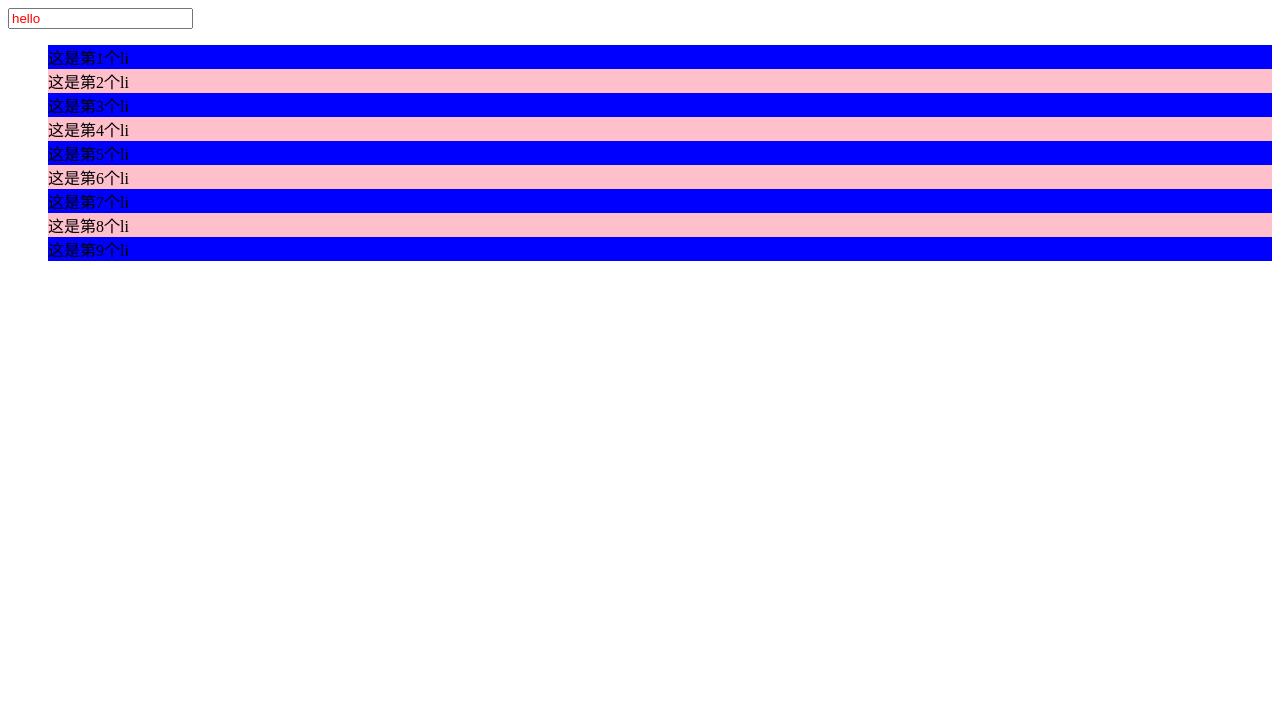
Repository: chenguocan/Webpack_demo_01
Page: /
The author's editor kept a copy of each file at every save. The page is drawn from the files as they stood at one save, then again after a run of saves.
The browser window is 1280 px wide. The pictures show the whole page.
The project was rebuilt for these pictures with package versions that can differ from the ones it lists, and the page was loaded fresh each time. Also part of the build but not shown: webpack.config.js.

Above is the page before, as saved 2020-08-01 09:45:04.

### src/index.html
<!DOCTYPE html>
<html lang="en">
  <head>
    <meta charset="UTF-8" />
    <meta name="viewport" content="width=device-width, initial-scale=1.0" />
    <title>Document</title>
  </head>
  <script src="/bundle.js"></script>
  <body>
    <input type="text" placeholder="hello" />
    <ul>
      <li>这是第1个li</li>
      <li>这是第2个li</li>
      <li>这是第3个li</li>
      <li>这是第4个li</li>
      <li>这是第5个li</li>
      <li>这是第6个li</li>
      <li>这是第7个li</li>
      <li>这是第8个li</li>
      <li>这是第9个li</li>
    </ul>
    <div id="box"></div>
  </body>
</html>

### src/index.js
import $ from "jquery";
import "./css/index.css";
$(function () {
  $("li:odd").css("backgroundColor", "pink");
  $("li:even").css("backgroundColor", "blue");
});

### src/css/index.css
li {
  list-style: none;
}
::placeholder {
  color: red;
}

#box {
  height: 400px;
  width: 400px;
  background: url();
}

After the next 3 saves:
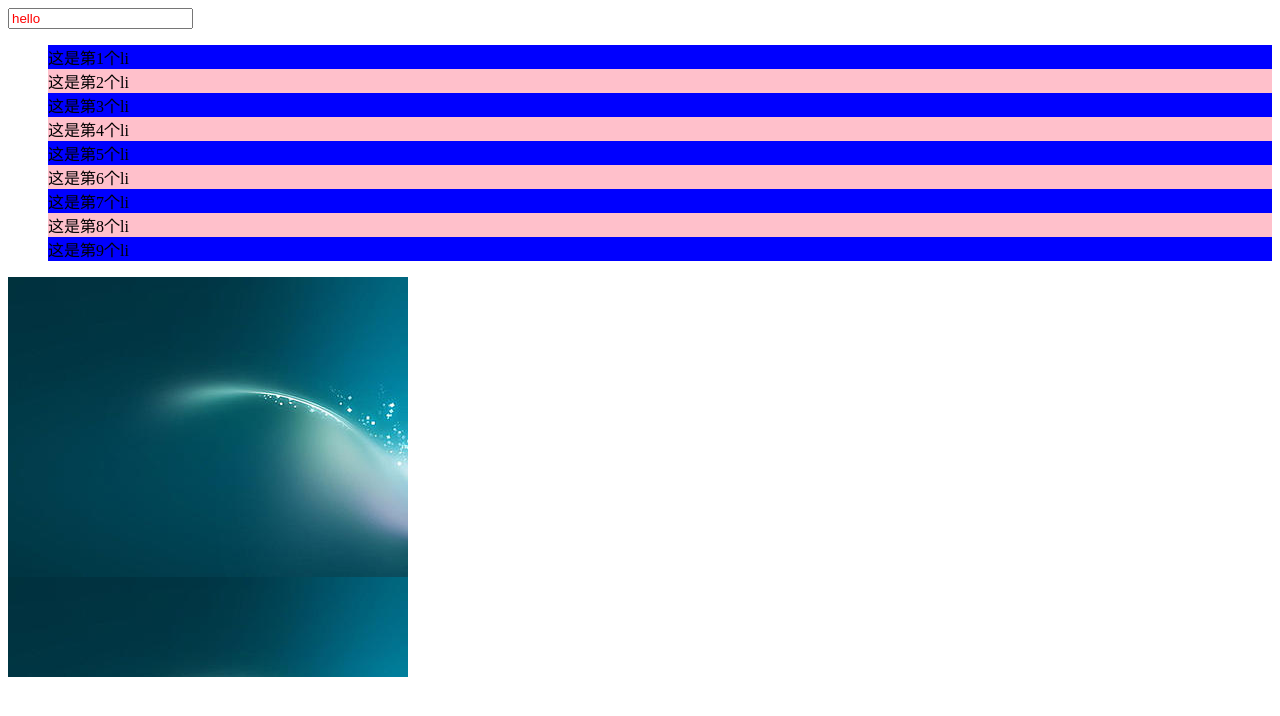
The 3 saves are shown as one change because 2 did not build or start.
The last was saved 66 s later.
--- a/src/css/index.css
+++ b/src/css/index.css
@@ -8,5 +8,5 @@ li {
 #box {
   height: 400px;
   width: 400px;
-  background: url();
+  background: url("../images/1.jpg");
 }
